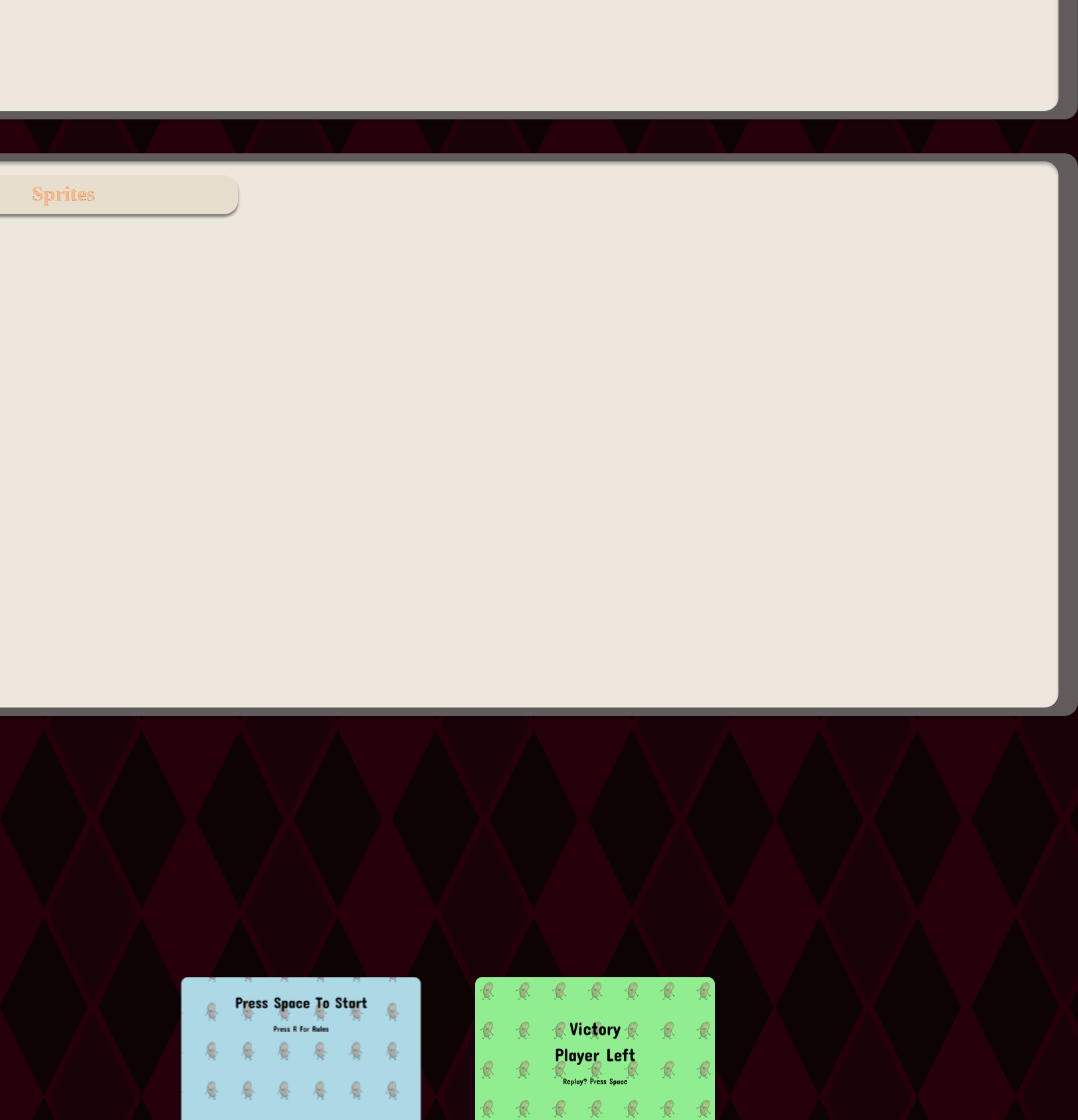
Repository: EMP-ChristinaC/Portfolio
Page: projects/potato-shuffle/potato.html
The author's editor kept a copy of each file at every save. The page is drawn from the files as they stood at one save, then again after a run of saves.
The browser window is 1280 px wide. The page is 1540 px wide, so the pictures cover 1540 px, including what lies to the right of the window. The pictures show the part of the page from y = 1629 to 3229 px (the page is 6251 px tall), at 70% of full size.
Some web fonts or font styles are not loaded; a fallback is used.

Above is the page before, as saved 2024-12-08 19:49:29.

After the next 8 saves:
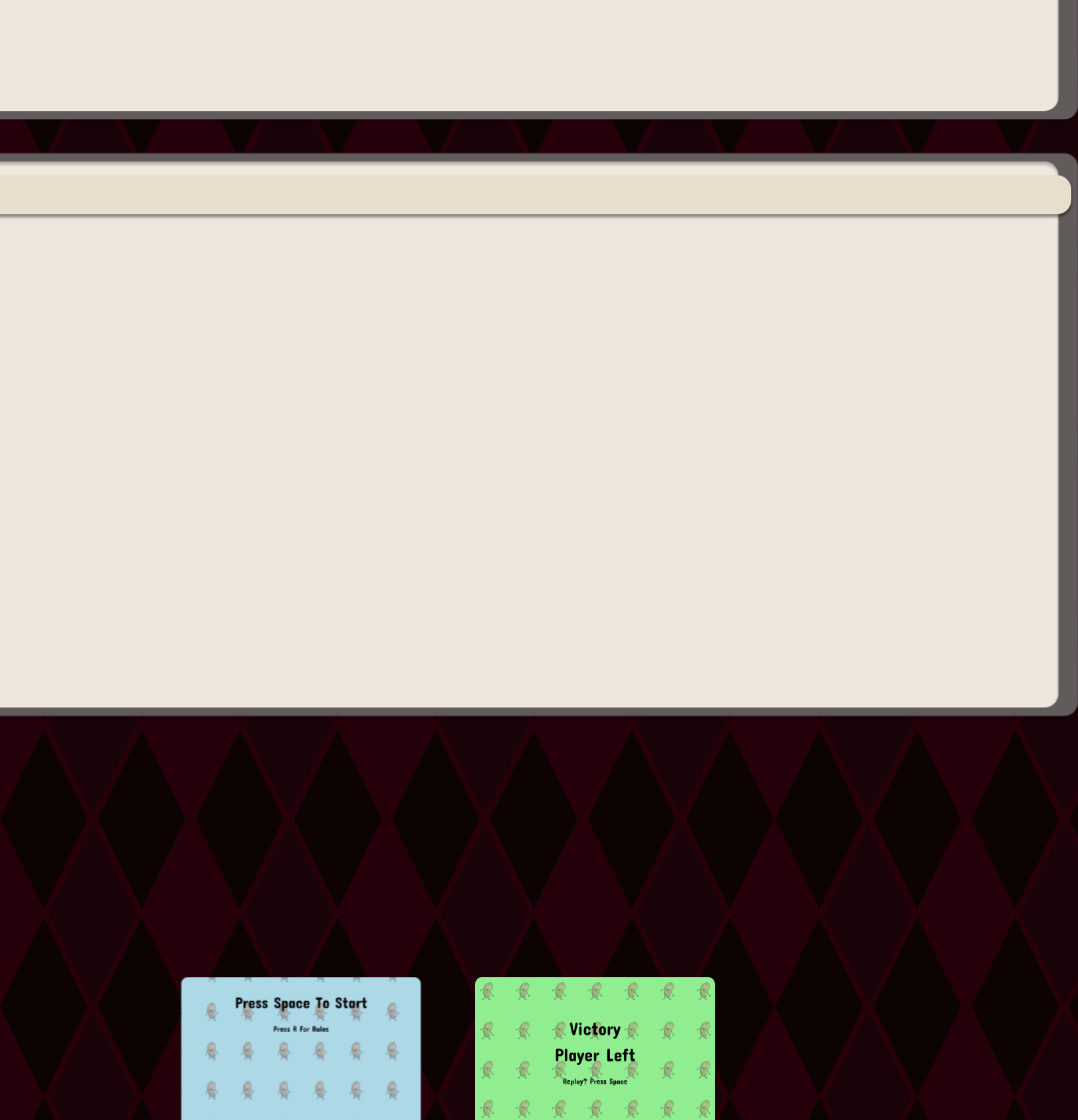
The 8 saves are shown as one change because they came seconds apart.
The last was saved 15 s later.
--- a/projects/potato-shuffle/potato.css
+++ b/projects/potato-shuffle/potato.css
@@ -135,7 +135,7 @@
     position: absolute;
     top: 4%;
     left: 5%;
-    width: 510px;
+    width: 1700px;
 }
 
 .box-outline-heading-two-potato {
